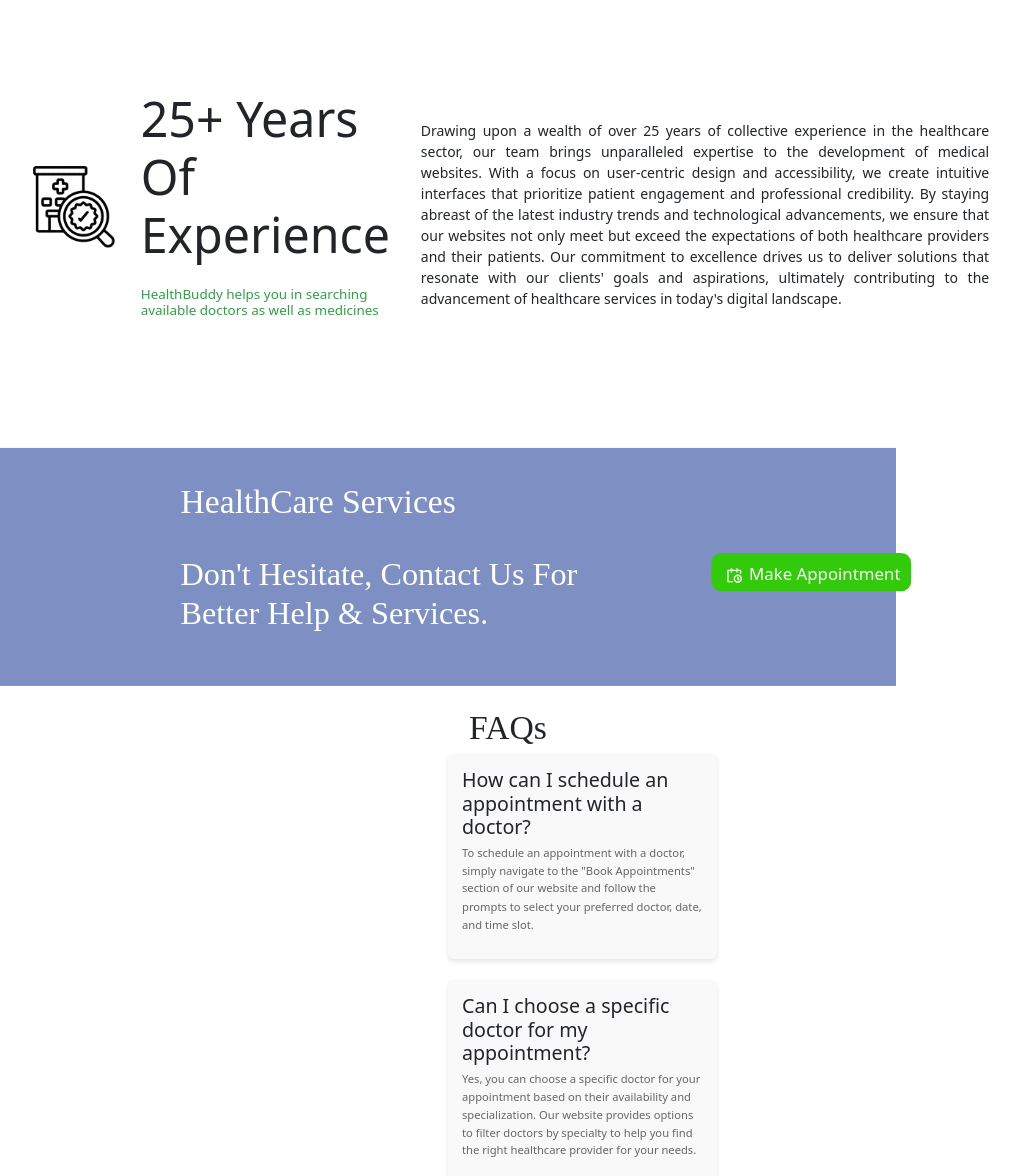
Repository: WajihaGul/MedicalApp-Frontend
Page: /
An editor plug-in stored every save of this project. The page is shown before and after the next save, followed by the edit.
The browser window is 1280 px wide. The page is 1457 px wide, so the pictures cover 1457 px, including what lies to the right of the window. The pictures show the part of the page from y = 1387 to 3067 px (the page is 4527 px tall), at 70% of full size.
The project was rebuilt for these pictures with package versions that can differ from the ones it lists, and the page was loaded fresh each time. Also part of the build but not shown: vite.config.js, src/index.css, src/App.css, src/Components/PharmacyGrid/PharmacyGrid.module.css, src/Components/DeletePopup/DeletePopup.module.css, src/Components/DeletePopup/DeletePopup.jsx, src/Components/PharmacyGrid/PharmacyGrid.jsx, src/Pages/Pharmacy.jsx and 37 more.

Above is the page before, as saved 2024-06-01 22:32:32.

After the next save:
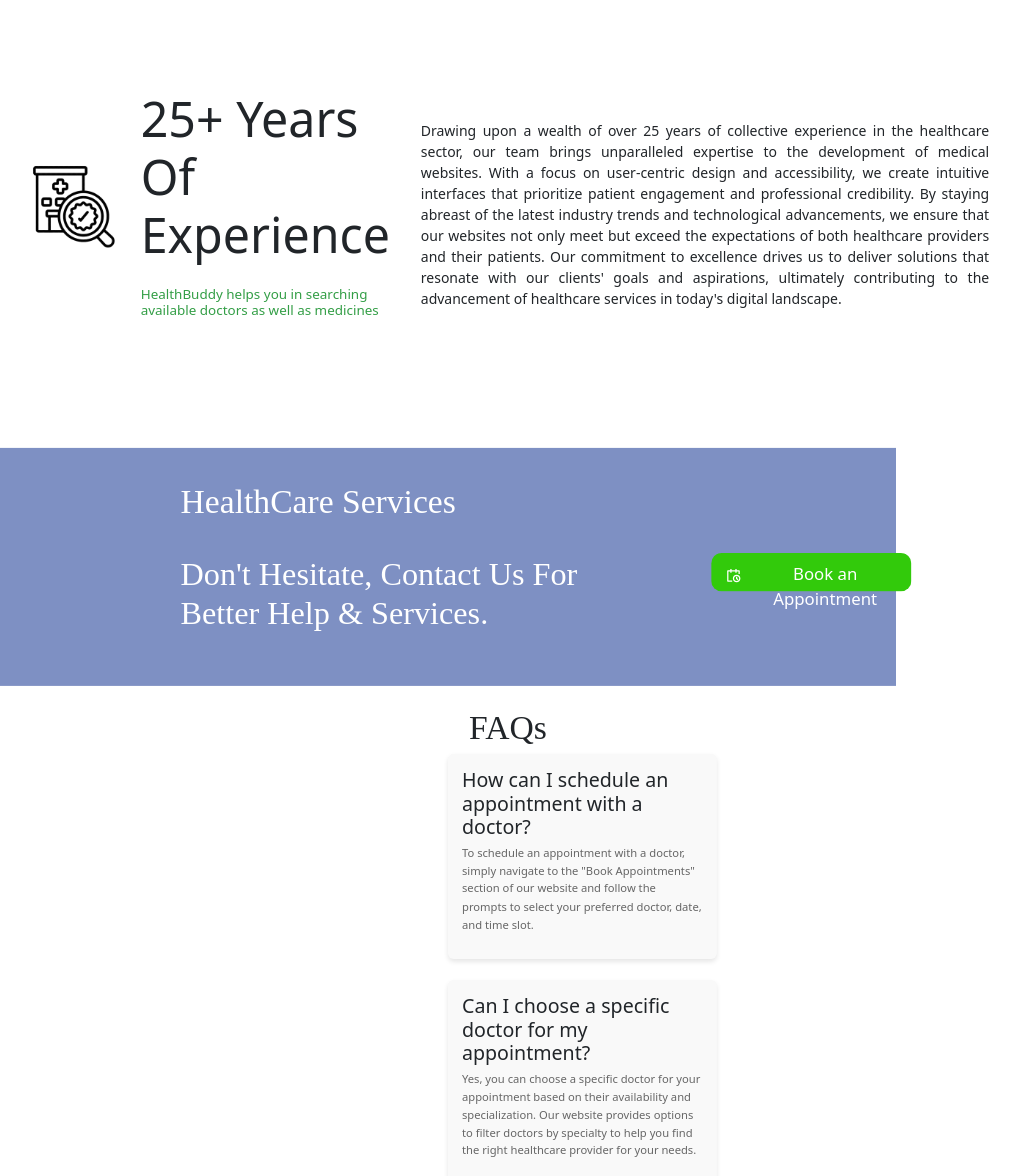
Saved 32 s later.
--- a/src/Components/MakeAppointment/MakeAppointment.jsx
+++ b/src/Components/MakeAppointment/MakeAppointment.jsx
@@ -15,7 +15,7 @@ const MakeAppointment = () => {
         <div className={styles.ButtonHere}>
           <button className={styles.mbutton} type="button">
             <RiCalendarScheduleLine className={styles.micon} />
-            Make Appointment
+            Book an Appointment
           </button>
         </div>
       </div>
